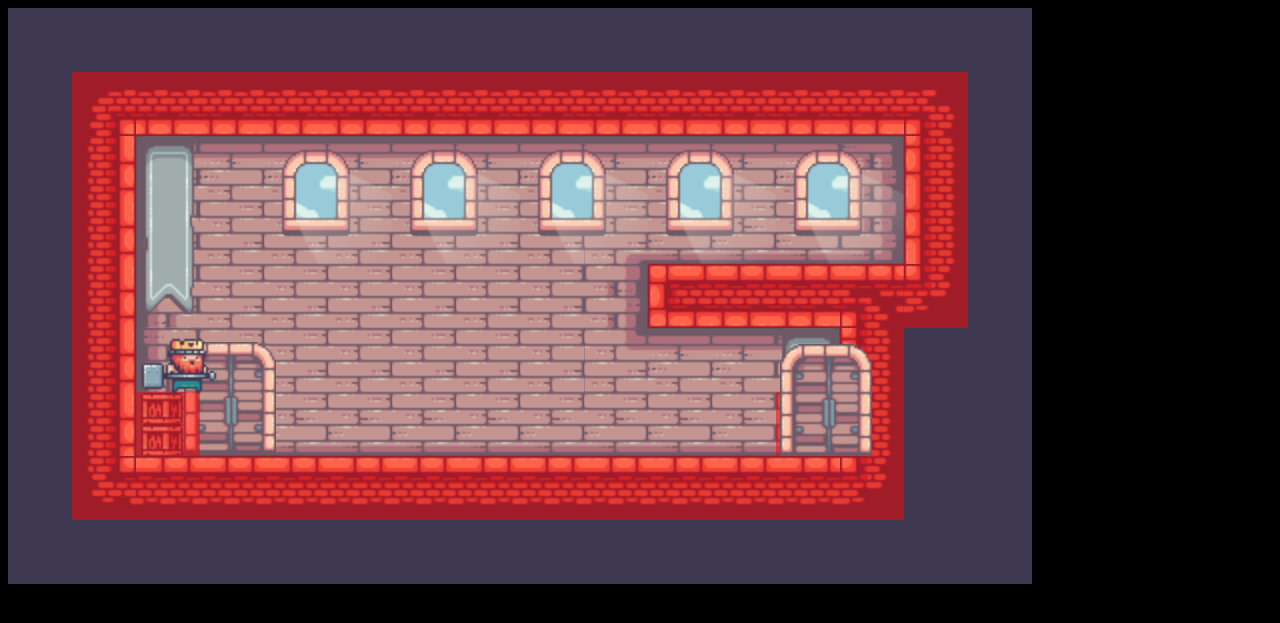
Repository: kassemKu/vanilla_kings_and_pigs
Page: index.html
These files come from the project's save history. The page is drawn as it stood at one moment and after the next save; the edit follows.
The browser window is 1280 px wide. The pictures show the whole page.

Above is the page before, as saved 2022-11-12 22:22:34.

After the next save:
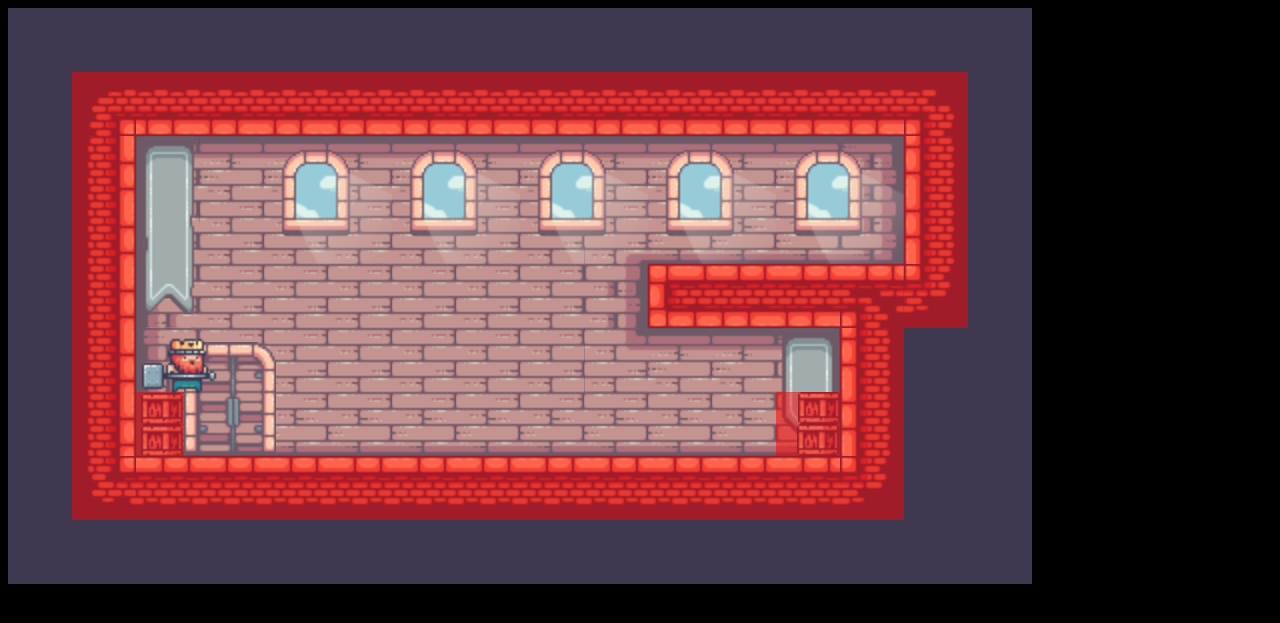
Saved 73 s later.
--- a/main.js
+++ b/main.js
@@ -139,8 +139,8 @@ let levels = {
       doors = [
         new Sprite({
           position: {
-            x: 772.00,
-            y: 336,
+            x: 176.00,
+            y: 335,
           },
           imageSrc: "./img/doorOpen.png",
           frameRate: 5,
